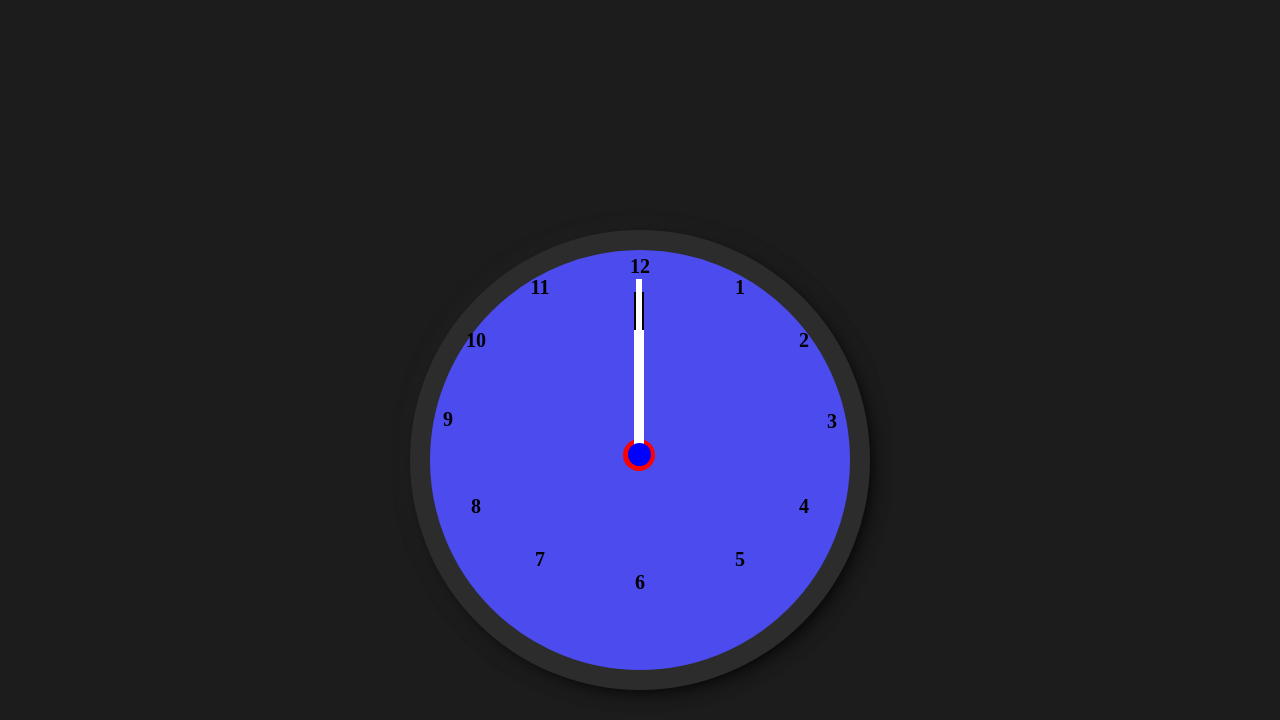
Repository: Eugene44-hub/Analog-clock
Page: index.html
An editor plug-in stored every save of this project. The page is shown before and after the next save, followed by the edit.
The browser window is 1280 px wide. The pictures show the whole page.

Above is the page before, as saved 2021-09-04 23:14:25.

### index.html
<!DOCTYPE html>
<html lang="en">

<head>
    <meta charset="UTF-8">
    <meta http-equiv="X-UA-Compatible" content="IE=edge">
    <meta name="viewport" content="width=device-width, initial-scale=1.0">
    <title>Document</title>
    <link rel="stylesheet" href="style.css">
</head>

<body>
    <div class="clock">
        <div class="numbers">

            <div class="circle"></div>
            <div class="minute"></div>
            <div class="hour"></div>
            <div class="second"></div>
            <div class="circle small"></div>
            <div class="num1">1</div>
            <div class="num2">2</div>
            <div class="num3">3</div>
            <div class="num4">4</div>
            <div class="num5">5</div>
            <div class="num6">6</div>
            <div class="num7">7</div>
            <div class="num8">8</div>
            <div class="num9">9</div>
            <div class="num10">10</div>
            <div class="num11">11</div>
            <div class="num12">12</div>
        </div>
    </div>
</body>

<script src="app.js"></script>

</html>

### style.css
* {
    padding: 0;
    margin: 0;
}

body {
    background-color: rgb(29, 28, 28);
}

.clock {
    background-color: rgb(75, 75, 238);
    height: 400px;
    width: 400px;
    border: 20px solid rgb(44, 44, 44);
    text-align: center;
    font-weight: bold;
    font-family: cursive;
    font-size: 20px;
    transform: translate(0, 50%);
    position: relative;
    border-radius: 50%;
    margin: auto;
    padding: 10px;
    box-shadow: 4px 4px 18px black, 1px 1px 18px rgb(53, 52, 52);
}

.circle {
    background-color: red;
    position: absolute;
    top: 45%;
    left: 46%;
    width: 32px;
    height: 32px;
    border-radius: 50%;
}

.minute {
    background-color: black;
    position: absolute;
    top: 10%;
    left: 48.5%;
    width: 10px;
    height: 167px;
    border: 50%;
    transform: rotate(0deg);
    transform-origin: bottom;
}

.hour {
    background-color: black;
    position: absolute;
    top: 19%;
    left: 48.5%;
    width: 10px;
    height: 130px;
    border: 50%;
    transform: rotate(0deg);
    background-color: white;
    transform-origin: bottom;
    /* animation: clock 60s linear infinite; */
}

.second {
    position: absolute;
    top: 7%;
    left: 49%;
    width: 6px;
    height: 180px;
    border: 50%;
    transform: rotate(0deg);
    background-color: white;
    transform-origin: bottom;
    animation: clock 60s linear infinite;
}

.small {
    width: 23px;
    height: 23px;
    background-color: blue;
    left: 198px;
    top: 46%;
}


/*
@keyframes clock {
    from {
        transform: rotate(0deg);
        background-color: white;
    }
    to {
        transform: rotate(360deg);
        background-color: blueviolet;
    }
} */

.num6 {
    transform: translate(0, 850%);
}

.num9 {
    transform: translate(-48%, -155%);
}

.num12 {
    transform: translate(0, -1120%);
}

.num3 {
    transform: translate(48%, 450%);
}

.num1 {
    transform: translate(25%, 70%);
}

.num2 {
    transform: translate(41%, 200%);
}

.num4 {
    transform: translate(41%, 720%);
}

.num5 {
    transform: translate(25%, 850%);
}

.num5 {
    transform: translate(25%, 850%);
}

.num7 {
    transform: translate(-25%, 650%);
}

.num8 {
    transform: translate(-41%, 320%);
}

.num11 {
    transform: translate(-25%, -930%)
}

.num10 {
    transform: translate(-41%, -600%);
}


/* .num1,
.num2,
.num3,
.num4,
.num5,
.num6,
.num7,
.num8,
.num9,
.num10,
.num11,
.num12 {
    padding: 15px;
} */


/* .num1 {
    transform: translate(28%, 100%);
}

.num2 {
    transform: translate(44%, 260%);
}

.num3 {
    transform: translate(48%, 489%);
}

.num4 {
    transform: translate(44%, 750%);
}

.num5 {
    transform: translate(28%, 890%);
}

.num6 {
    transform: translate(0, 890%);
}

.num7 {
    transform: translate(24%, 694%);
}

.num8 {
    transform: translate(-44%, 350%)
}

.num9 {
    transform: translate(-48%, -100%);
}

.num10 {
    transform: translate(-44%, -540%);
}

.num11 {
    transform: translate(-28%, -900%);
}

.num12 {
    transform: translate(0, -1130%);
} */

### app.js
setInterval(function() {
    let second, hour, minute, date;

    second = document.querySelector('.second');
    hour = document.querySelector('.hour');
    minute = document.querySelector('.minute');
    date = new Date();
    seconds = date.getSeconds();
    hours = date.getHours() - 12;
    minutes = date.getMinutes();

    second.style.transform = ` rotate(${seconds*6}deg)`;
    minute.style.transform = `rotate(${minutes*6}deg)`;
    hour.style.transform = `rotate(${30*hours}deg)`;

}, Infinity)

After the next save:
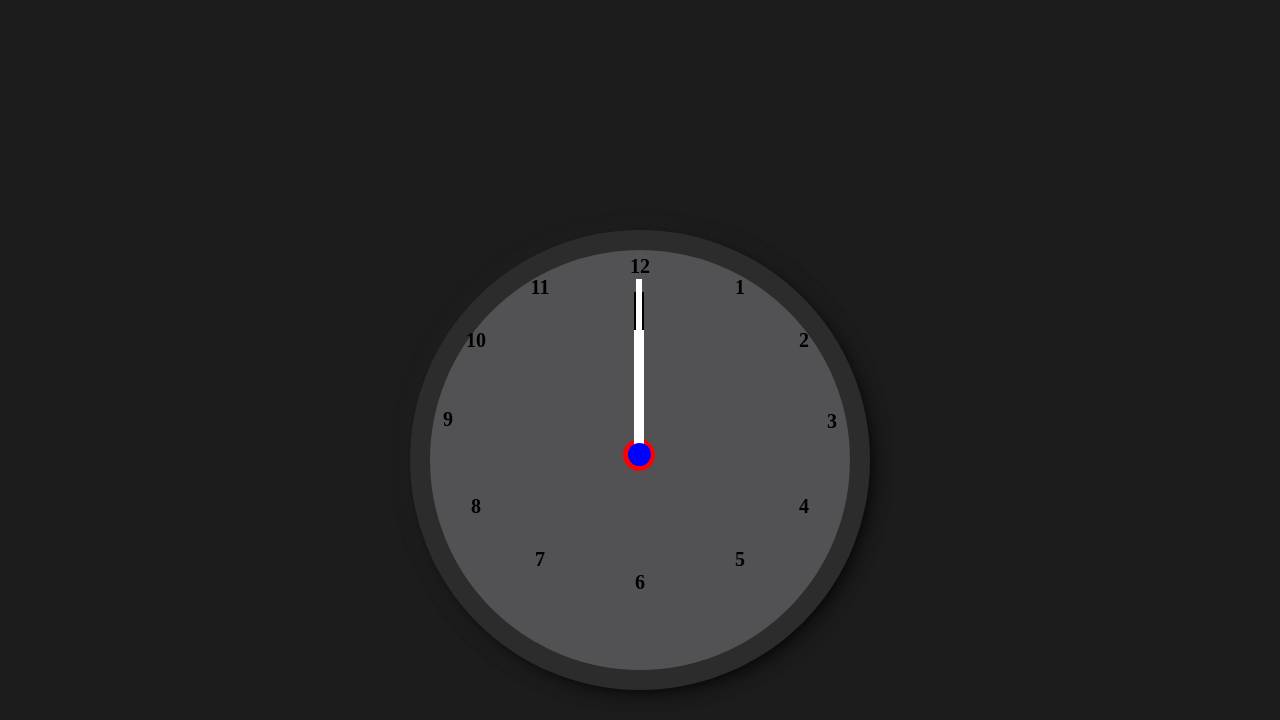
Saved 30 s later.
--- a/style.css
+++ b/style.css
@@ -8,7 +8,7 @@ body {
 }
 
 .clock {
-    background-color: rgb(75, 75, 238);
+    background-color: rgb(82, 82, 85);
     height: 400px;
     width: 400px;
     border: 20px solid rgb(44, 44, 44);
